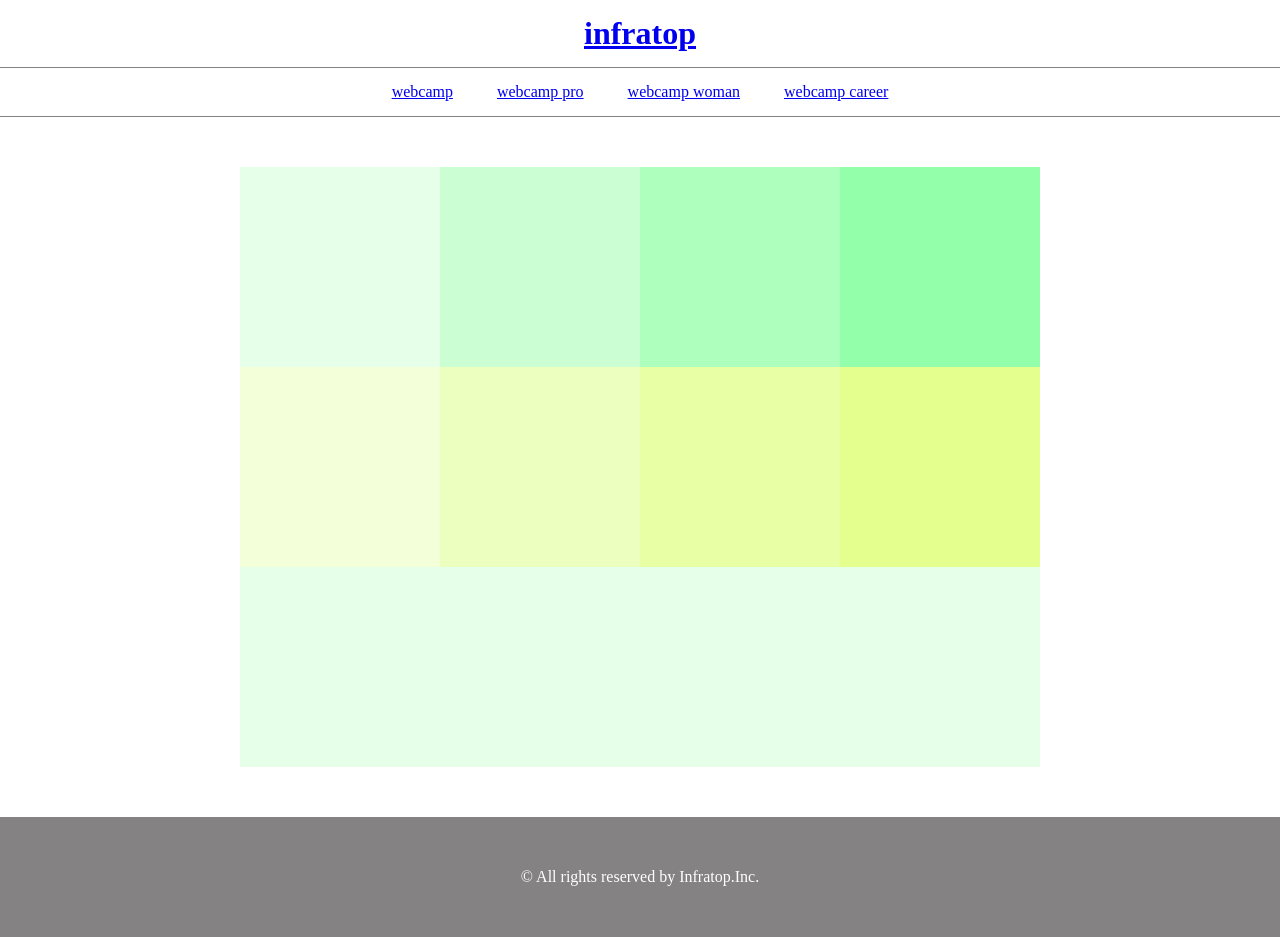
Repository: Nao002/practice
Page: html-practice5/index.html
The author's editor kept a record of every edit. The page is drawn from the files as they stood at one moment, then again after the next edit.
The browser window is 1280 px wide. The pictures show the whole page.

Above is the page before.

### html-practice5/index.html
<!DOCTYPE html>
<html lang="ja">
  <head>
    <meta charset="UTF-8" />
    <!-- CSSファイルの読み込み -->
    <link rel="stylesheet" href="style.css" />
    <title>infratop</title>
  </head>

  <body>
    <!-- header -->
    <header>
      <h1 class="heading">
        <a href="index.html">
          infratop
        </a>
      </h1>
    </header>

     <!-- navigation -->
    <nav>
      <ul class="nav-list">
        <li class="nav-list-item">
          <a href="index.html">webcamp</a>
        </li>
        <li class="nav-list-item">
          <a href="index.html">webcamp pro</a>
        </li>
        <li class="nav-list-item">
          <a href="index.html">webcamp woman</a>
        </li>
        </li>
        <li class="nav-list-item">
          <a href="index.html">webcamp career</a>
        </li>
      </ul>
    </nav>

    <!-- main-visual用のdiv -->
    <div class="main-visual">
      <div class="main-visual-content">
        <div class="main-visual-color color1"></div>
        <div class="main-visual-color color2"></div>
        <div class="main-visual-color color3"></div>
        <div class="main-visual-color color4"></div>
        <div class="main-visual-color color5"></div>
        <div class="main-visual-color color6"></div>
        <div class="main-visual-color color7"></div>
        <div class="main-visual-color color8"></div>
        <div class="main-visual-color color9"></div>
        <div class="main-visual-color color10"></div>
        <div class="main-visual-color color12"></div>
        <div class="main-visual-color color12"></div>
      </div>
    </div>

    <!-- footer -->
    <footer>
      <p class="footer-text">© All rights reserved by Infratop.Inc.</p>
    </footer>

  </body>
</html>

### html-practice5/style.css
/* ブラウザがそれぞれ持っているCSSをリセットするための記述 */
* {
  margin: 0;
  padding: 0;
  box-sizing: border-box;
}

header {
  width: 90%;
  padding: 15px 0;
  margin: 0 auto;
  text-align: center;
}

header .heading { /* headerタグ内のheadingクラスにのみ反映される */
  font-size: 32px;
}

.nav-list {
  text-align: center;
  padding: 15px 0;
  margin: 0 auto;
  border-top: 1px solid #848282;
  border-bottom: 1px solid #848282;
}

.nav-list-item {
  list-style: none;
  display: inline-block;
  margin: 0 20px;
}

.main-visual {
  width: 100%; /* 横幅いっぱい */
  height: 650px; /* 高さ300px */
}

.main-visual-content {
  width: 800px; /* 横幅350px */
  height: 300px; /* 親の高さに揃える */
  flex-wrap: wrap;
  margin: 50px auto;
  font-size: 0;
}

.main-visual-color{
  display: inline-block;
  width: 200px;
  height: 200px;
  background-color: #FF0000;
  font-size: 0;
}

.color1{
  background-color: #e6ffe9;
}

.color2{
  background-color: #cbffd3;
}

.color3{
  background-color: #aeffbd;
}

.color4{
  background-color: #93ffab;
}

.color5{
  background-color: #f3ffd8;
}

.color6{
  background-color: #edffbe;
}
.color7{
  background-color: #e9ffa5;
}

.color8{
  background-color: #e4ff8d;
}

.color9{
  background-color: #e6ffe9
}

.color10{
  background-color: #e6ffe9
}

.color11{
  background-color: #e6ffe9
}

.color12{
  background-color: #e6ffe9
}


footer {
  width: 100%;
  height: 120px;
  text-align: center;
  line-height: 120px;
  background-color: #848282;
}

.footer-text {
  color: #fff;
}

After the next edit:
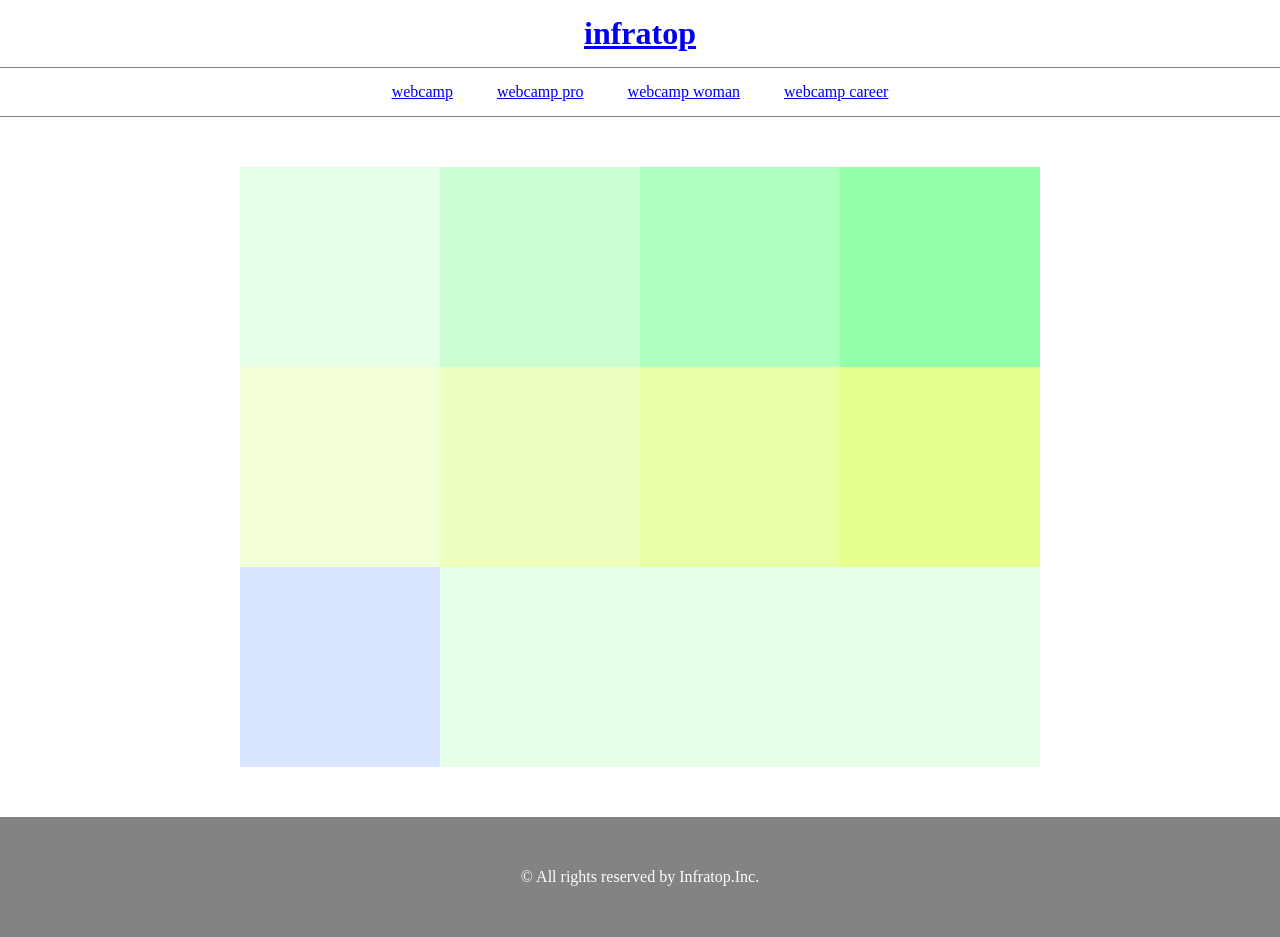
The edit:
--- a/html-practice5/style.css
+++ b/html-practice5/style.css
@@ -83,7 +83,7 @@
 }
 
 .color9{
-  background-color: #e6ffe9
+  background-color: #d9e5ff;
 }
 
 .color10{
